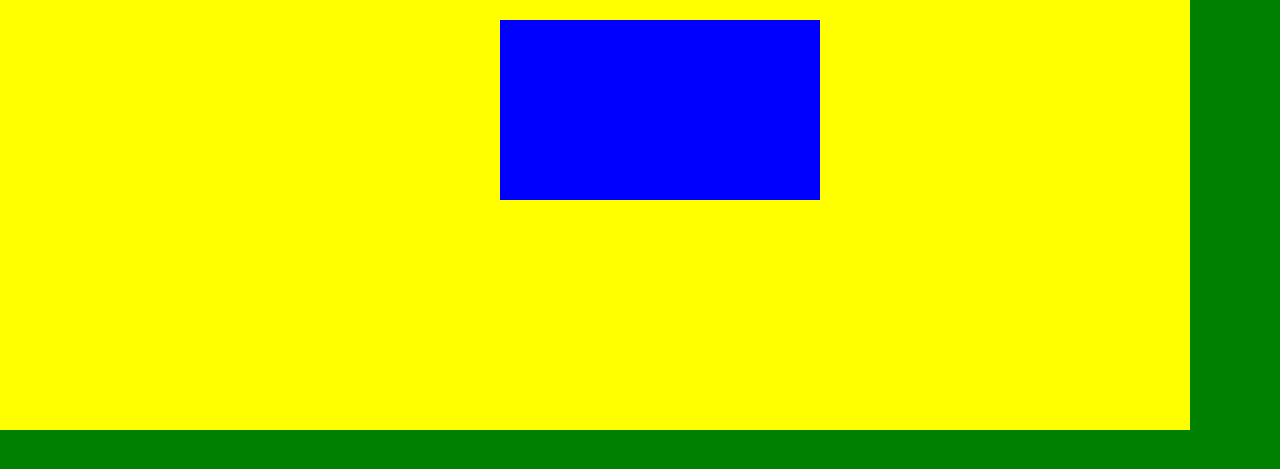
Repository: wonjunknag/kakao-clone
Page: 02-box-model/index.html
An editor plug-in stored every save of this project. The page is shown before and after the next save, followed by the edit.
The browser window is 1280 px wide. The pictures show the whole page.

Above is the page before, as saved 2020-06-30 23:04:32.

After the next save:
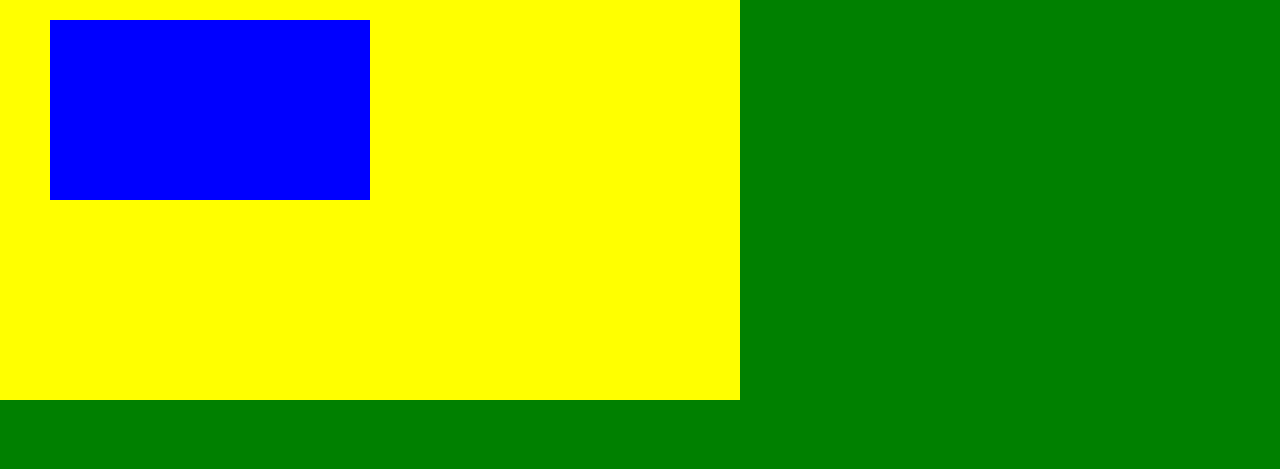
Saved 9 s later.
--- a/02-box-model/index.html
+++ b/02-box-model/index.html
@@ -17,7 +17,7 @@
         background-color: yellow;
         width: 50%;
         height: 50%;
-        padding: 20px 50px 50px 500px;
+        padding: 20px 50px;
       }
       .inside-box {
         background-color: blue;
